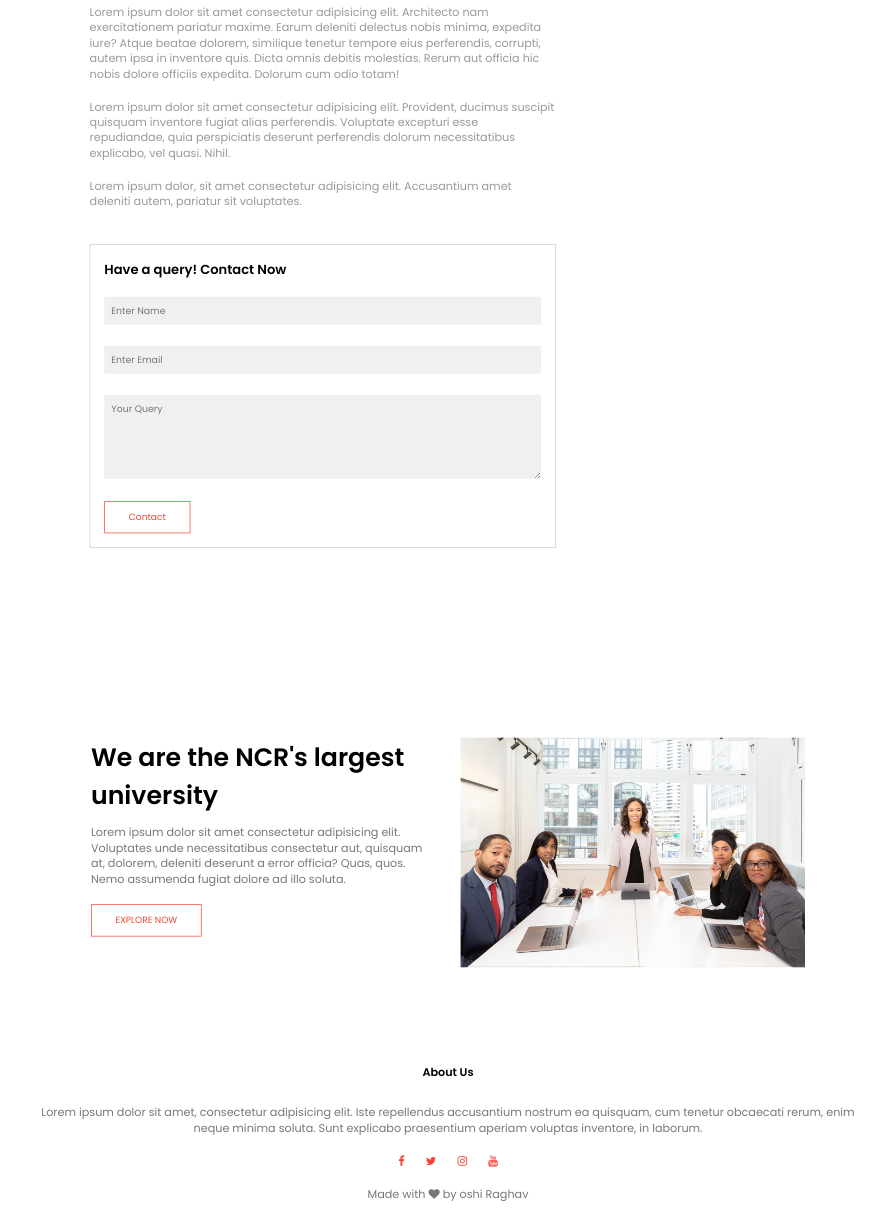
Repository: xoshiraghavx/Gbu-faculty
Page: 6th trail.html
An editor plug-in stored every save of this project. The page is shown before and after a run of saves, followed by the edit.
The browser window is 1280 px wide. The pictures show the part of the page from y = 907 to 2827 px (the page is 2664 px tall before and 2827 px after), at 70% of full size.

Above is the page before, as saved 2023-08-12 02:09:09.

### 6th trail.html
<!DOCTYPE html>
<html lang="en">
<head>
    <meta charset="UTF-8">
    <meta http-equiv="X-UA-Compatible" content="IE=edge">
    <meta name="viewport" content="width=device-width, initial-scale=1.0">
    <title>kya hoga mera</title>
    <link rel="stylesheet" href="../css/6th trial.css">
    <link rel="preconnect" href="https://fonts.googleapis.com">
<link rel="preconnect" href="https://fonts.gstatic.com" crossorigin>
<link href="https://fonts.googleapis.com/css2?family=Poppins:wght@100;200;300;400;600;700&family=Righteous&display=swap" rel="stylesheet">
<link rel="stylesheet" href="https://stackpath.bootstrapcdn.com/font-awesome/4.7.0/css/font-awesome.min.css">
</head>
<body>
    <section class="sub-header">
        <nav>
            <a href="6th trail.html"><img src="../img/download.jpg" alt=""></a>
            <div class="nav-links" id="navLinks">
                <i class="fa fa-times" onclick="hideMenu()"></i>
                <ul>
                    <li><a href="6th trail.html">HOME</a></li>
                </ul>
            </div>
            <i class="fa fa-bars" onclick="showMenu()"></i>
        </nav>
        <h1>Our College Faculty</h1>
    </section>

    <!-- --------Blong content---------- -->
    <section class="blog-content">
        <div class="row">
            <div class="blog-left">
                <img src="../img/asb.jpg" alt="">
                <h2>Dr. Anurag Singh Baghel<span style="font-size: 16px; font-weight: lighter; color: rgb(92, 91, 91);"> (Assistant Professor And HOD)</span></h2>
                <p>Lorem ipsum dolor sit amet, consectetur adipisicing elit. Odio laudantium quasi ipsa rerum minima? Odit, tenetur itaque. Reprehenderit velit ullam labore modi optio nesciunt hic omnis aspernatur, facere eos iure!</p>
                <br>
                <p>Lorem ipsum dolor sit amet consectetur adipisicing elit. Architecto nam exercitationem pariatur maxime. Earum deleniti delectus nobis minima, expedita iure? Atque beatae dolorem, similique tenetur tempore eius perferendis, corrupti, autem ipsa in inventore quis. Dicta omnis debitis molestias. Rerum aut officia hic nobis dolore officiis expedita. Dolorum cum odio totam!</p>
                <br>
                <p>Lorem ipsum dolor sit amet consectetur adipisicing elit. Provident, ducimus suscipit quisquam inventore fugiat alias perferendis. Voluptate excepturi esse repudiandae, quia perspiciatis deserunt perferendis dolorum necessitatibus explicabo, vel quasi. Nihil.</p>
                <br>
                <p>Lorem ipsum dolor, sit amet consectetur adipisicing elit. Accusantium amet deleniti autem, pariatur sit voluptates.</p>
                <div class="comment-box">
                    <h3>Have a query! Contact Now</h3>
                    <form class="comment-form">
                        <input type="text" placeholder="Enter Name">
                        <input type="email" placeholder="Enter Email">
                        <textarea rows="5" placeholder="Your Query"></textarea>
                        <button type="submit" class="hero-btn red-btn">Contact</button>
                    </form>
                </div>
            </div>
            <div class="blog-right">
                <h3>Post Categories</h3>
                <div>
                    <span>Business Analytics</span>
                    <span>21</span>
                </div>
                <div>
                  <span>Data Science</span>
                  <span>28</span>
                </div>
                <div>
                  <span>Machine Learning</span>
                  <span>15</span>
                </div>
                <div>
                  <span>Computer Science</span>
                  <span>34</span>
                </div>
                <div>
                  <span> AutoCAD</span>
                  <span>42</span>
                </div>
                <div>
                  <span> Jounralism</span>
                  <span>22</span>
                </div>
                <div>
                  <span>Commerce</span>
                  <span>30</span>
                </div>
             </div>
        </div>
    </section>

    <!-- -------about us content---------->
    <section class="about-us">
        <div class="row">
            <div class="about-col">
                <h1>We are the NCR's largest university</h1>
                <p>Lorem ipsum dolor sit amet consectetur adipisicing elit. Voluptates unde necessitatibus consectetur aut, quisquam at, dolorem, deleniti deserunt a error officia? Quas, quos. Nemo assumenda fugiat dolore ad illo soluta.</p>
                <a href="" class="hero-btn red-btn">EXPLORE NOW</a>
            </div>
            <div class="about-col">
                <img src="../img/aboutuniversity.jpg" alt="">
            </div>
        </div>



    </section>

<!-- --------footer--------- -->
<section class="footer">
    <h4>About Us</h4>
    <p>Lorem ipsum dolor sit amet, consectetur adipisicing elit. Iste repellendus accusantium nostrum ea quisquam, cum tenetur obcaecati rerum, enim <br> neque minima soluta. Sunt explicabo praesentium aperiam voluptas inventore, in laborum.</p>
    <div class="icons">
        <i class="fa fa-facebook" aria-hidden="true"></i>
        <i class="fa fa-twitter" aria-hidden="true"></i>
        <i class="fa fa-instagram" aria-hidden="true"></i>
        <i class="fa fa-youtube" aria-hidden="true"></i>
    </div>
    <p>Made with <i class="fa fa-heart" aria-hidden="true"></i> by oshi Raghav</p>






</section>





<!-- ---------------javascript for toggle menu ----------------->
    <script>
        var navLinks = document.getElementById("navLinks");
        function showMenu(){
            navLinks.style.right = "0";
        }

        function hideMenu(){
            navLinks.style.right = "-200px";
        }

    </script>
</body>
</html>

### css/6th trial.css
*{
    margin: 0;
    padding: 0;
    font-family: 'poppins', sans-serif;
}
.header{
    min-height: 100vh;
    width: 100%;
    background: linear-gradient(rgba(4,9,30,0.7),rgba(4,9,30,0.7)),url(../img/university.png);
background-repeat: no-repeat;
    background-position: bottom;
    background-size: cover;
    position: relative;
}
nav{
    display: flex;
    padding: 2% 6%;
    justify-content: space-between;
    align-items: center;
}
nav img{
    width: 200px;
}
.nav-links{
    flex: 1;
    text-align: right;
}
.nav-links ul li{
    list-style: none;
    display: inline-block;
    padding: 8px 12px;
    position: relative;
}
.nav-links ul li a{
    color: #fff;
    text-decoration: none;
    font-size: 13px;
}
.nav-links ul li::after{
    content: '';
    width: 0%;
    height: 2px;
    background: #f44336;
    display: block;
    margin: auto;
    transition: 0.5s;
}
.nav-links ul li:hover::after{
    width: 100%;
}
.text-box{
    width: 90%;
    color: #fff;
    position: absolute;
    top: 50%;
    left: 50%;
    transform: translate(-50%,-50%);
    text-align: center;
}
.text-box h1{
    font-size: 62px;
}
.text-box p{
    margin: 10px 0 40px;
    font-size: 14px;
    color: #fff;
}
.hero-btn{
    display: inline-block;
    text-decoration: none;
    color: #fff;
    border: 1px solid #fff;
    padding: 12px 34px;
    font-size: 13px;
    background: transparent;
    position: relative;
    cursor: pointer;
}
.hero-btn{
    display: inline-block;
    text-decoration: none;
    color: #fff;
    border: 1px solid #fff;
    padding: 12px 34px;
    font-size: 13px;
    background: transparent;
    position: relative;
    cursor: pointer;
}
.hero-btn:hover{
    border: 1px solid #f44336;
    background: #f44336;
    transition: 1s;
}
nav .fa{
    display: none;
}
@media(max-width: 700px){
    .text-box h1{
        font-size: 20px;
    }
    .nav-links ul li{
        display: block;
    }
    .nav-links{
        position: fixed;
        background: #f44336;
        height: 100vh;
        width: 200px;
        top: 0;
        right: -200px;
        text-align: left;
        z-index: 2;
        transition: 1s;
    }
    nav .fa{
        display: block;
        color: #fff;
        margin: 10px;
        font-size: 22px;
        cursor: pointer;
    }
    .nav-links ul{
        padding: 30px;
    }
}
/* -------- course----- */
.course{
    width: 80%;
    margin: auto;
    text-align: center;
    padding-top: 80px;
}
h1{
    font-size: 36px;
    font-weight: 600;
}
p{
    color: #777;
    font-size: 300;
    line-height: 22px;
    padding: 10px;
}
.row{
    margin-top: 5%;
    display: flex;
    justify-content: space-between;
}
.course-col{
    flex-basis: 31%;
    background: #fff3f3;
    border-radius: 10px;
    margin-bottom: 5%;
    padding: 20px 12px;
    box-sizing: border-box;
    transition: 0.5s;
}
h3{
    text-align: center;
    font-weight: 600;
    margin: 10px 0px;
}
.course-col:hover{
    box-shadow: rgba(241, 128, 128, 0.25) 0px 54px 55px, rgba(233, 177, 177, 0.12) 0px -12px 30px, rgba(238, 209, 209, 0.12) 0px 4px 6px, rgba(230, 100, 100, 0.17) 0px 12px 13px, rgba(250, 27, 27, 0.09) 0px -3px 5px;
}
@media(max-width: 700px){
    .row{
        flex-direction: column;
    }

}
/* -------- campus------ */
.campus{
    width: 80%;
    margin: auto;
    text-align: center;
    padding-top: 50px;
}
.campus-col{
    flex-basis: 32%;
    border-radius: 10px;
    margin-bottom: 30px;
    position: relative;
    overflow: hidden;
}
.campus-col img{
    width: 100%;
    display: block;
}
.layer{
    background: transparent;
    height: 100%;
    width: 100%;
    position: absolute;
    top: 0;
    left: 0;
    transition: 0.5s;
}
.layer:hover{
    background: rgb(226, 0, 0,0.7);
}
.layer h3{
    width: 100%;
    font-weight: 500;
    color: #fff;
    font-size: 26px;
    bottom: 0;
    left: 50%;
    transform: translateX(-50%);
    position: absolute;
    opacity: 0;
    transition: 0.5s;
}
.layer:hover h3{
    bottom: 49%;
    opacity: 1;
}
/* ---------facilities-------- */
.facilities{
    width: 80%;
    margin: auto;
    text-align: center;
    padding-top: 50px;
}
.facilities-col{
    flex-basis: 31%;
    border-radius: 10px;
    text-align: left;
    margin-bottom: 5%;
}
.facilities-col img{
    width: 100%;
    border-radius: 10px;
}
.facilities-col p{
    padding: 0;
}
.facilities-col h3{
    margin-top: 16px;
    margin-bottom: 15px;
    text-align: left;
}
/* ------- testimonials------- */
.testimonials{
    width: 80%;
    padding-top: 50px;
    text-align: center;
    margin: auto;
}
.testimonial-col{
    flex-basis: 40%;
    border-radius: 10px;
    margin-bottom: 5%;
    text-align: left;
    background: #fff3f3;
    padding: 25px;
    cursor: pointer;

}
.testimonial-col img{
    height: 40px;
    margin-left: 5px;
    margin-right: 30px;
    border-radius: 50%;
}
.testimonial-col p{
    padding: 0;
}
.testimonial-col h3{
    margin-top: 15px;
    text-align: left;
}
.testimonial-col .fa{
    color: #f44336;
}
@media(max-width: 700px){
    .testimonial-col img{
        margin-left: 0px;
        margin-right: 15px;
    }
}

/* -------call to action------- */
.cta{
    margin: 100px auto;
    width: 80%;
    background: linear-gradient(rgba(0,0,0,0.7), rgba(0,0,0,0.7)),url(../img/banner2.jpg);
    background-position: center;
    background-size: cover;
    border-radius: 10px;
    text-align: center;
    padding: 100px 0;
}
.cta h1{
    color: #fff ;
    margin-bottom: 40px;
    padding: 0;
}

@media(max-width: 700px){
    .cta h1{
        font-size: 24px;
    }
}

/* ---------footer----------- */
.footer{
    width: 100%;
    text-align: center;
    padding: 30px 0;
}
.footer h4{
    margin-bottom: 25px;
    margin-top: 20px;
    font-weight: 600;
}
.icons .fa{
    color: #f44336;
    margin: 0 13px;
    cursor: pointer;
    padding: 18px 0;
}
.fa-heart-o{
    color: #f44336;
}

/* -------about us page------- */
.sub-header{
    height: 50vh;
    width: 100%;
    background-image: linear-gradient(rgba(4,9,30,0.7),rgba(4,9,30,0.7)),url(../img/scholors.jpg);
    background-position: center;
    background-size: cover;
    text-align: center;
    color: #fff;
}
.sub-header h1{
    margin-top: 100px;
}
.about-us{
    width: 80%;
    margin: auto;
    padding-top: 80px;
    padding-bottom: 50px;
}
.about-col{
    flex-basis: 48%;
    padding: 30px 2px;
}
.about-col img{
    width: 100%;
}
.about-col h1{
    padding-top: 0;
}
.about-col p{
    padding: 15px 0 25px;
}
.red-btn{
    border: 1px solid #f44336;
    background: transparent;
    color: #f44336;
}
.red-btn:hover{
    color: #fff;
}

/* -------blog-content---------- */
.blog-content{
    width: 80%;
    margin: auto;
    padding: 60px 0;
}
.blog-left{
    flex-basis: 65%;
}
.blog-left img{
    width: 30%;
}
.blog-left h2{
    color: #222;
    font-weight: 600;
    margin: 30px 0;
}
.blog-left p{
    color: #999;
    padding: 0;
}
.blog-right{
    flex-basis: 32%;
}
.blog-right h3{
    background: #f44336;
    color: #fff;
    padding: 7px 0;
    font-size: 16px;
    margin-bottom: 20px;
}
.blog-right div{
    display: flex;
    align-items: center;
    justify-content: space-between;
    color: #555 ;
    padding: 8px;
    box-sizing: border-box;
}
.comment-box{
    border: 1px solid #ccc;
    margin: 50px 0;
    padding: 10px 20px;
}
.comment-box h3{
    text-align: left;
}
.comment-form input, .comment-form textarea{
    width: 100%;
    padding: 10px;
    margin: 15px 0;
    box-sizing: border-box;
    border: none;
    outline: none;
    color: #222;
    background: #f0f0f0;
}
.comment-form button{
    margin: 10px 0;
}
@media(max-width:700px){
    .sub-header h1{
        font-size: 24px;
    }
}
/* ----contact us----- */
.location{
    width: 80%;
    margin: auto;
    padding: 80px 0;
}
.location iframe{
    width: 100%;

}
.contact-us{
    width: 80%;
    margin: auto;
}
.contact-col{
    flex-basis: 48%;
    margin-bottom: 30px;
}
.contact-col div{
    display: flex;
    align-items: center;
    margin-bottom: 40px;
}
.contact-col div .fa{
    font-size: 28px;
    color: #f44336;
    margin: 10px;
    margin-right: 30px;
}
.contact-col div p{
    padding: 0;
}
.contact-col div h5{
    font-size: 20px;
    margin-bottom: 5px;
    color: #555;
    font-weight: 400;
}
.contact-col input, .contact-col textarea{
    width: 100%;
    padding: 15px;
    margin-bottom: 17px;
    outline: none;
    border: 1px solid #ccc;
    box-sizing:border-box ;
}

After the next 3 saves:
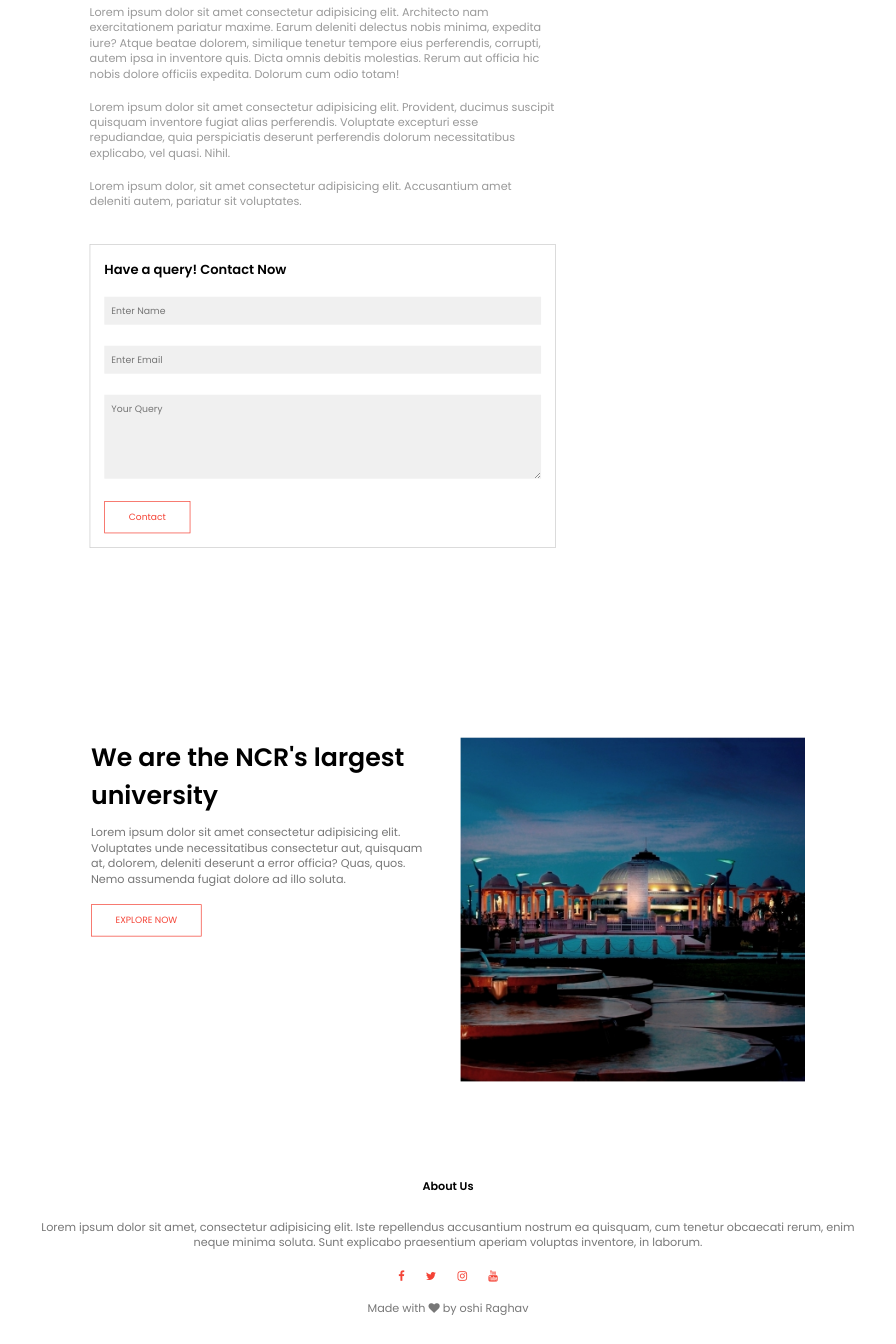
The 3 saves are shown as one change because they came seconds apart.
The last was saved 4 min 56 s later.
--- a/6th trail.html
+++ b/6th trail.html
@@ -92,7 +92,7 @@
                 <a href="" class="hero-btn red-btn">EXPLORE NOW</a>
             </div>
             <div class="about-col">
-                <img src="../img/aboutuniversity.jpg" alt="">
+                <img src="../img/gbu.jpg" alt="">
             </div>
         </div>
 
